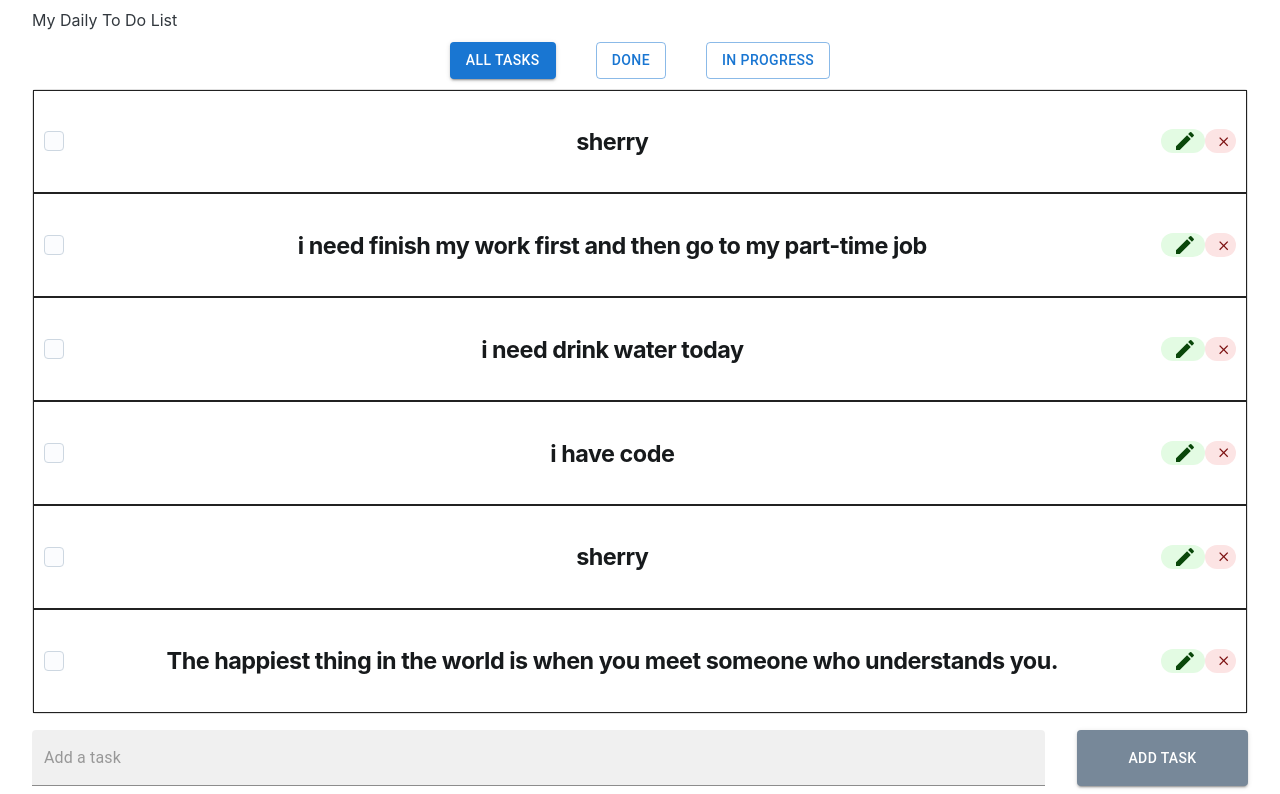
Repository: Tracy-maker/TodoList
Page: /
An editor plug-in stored every save of this project. The page is shown before and after a run of saves, followed by the edit.
The browser window is 1280 px wide. The pictures show the whole page.
The project was rebuilt for these pictures with package versions that can differ from the ones it lists, and the page was loaded fresh each time. Requests to the local data server were answered from the project's data file. Also part of the build but not shown: src/components/TaskEdit.js.

Above is the page before, as saved 2023-09-19 22:30:19.

After the next 2 saves:
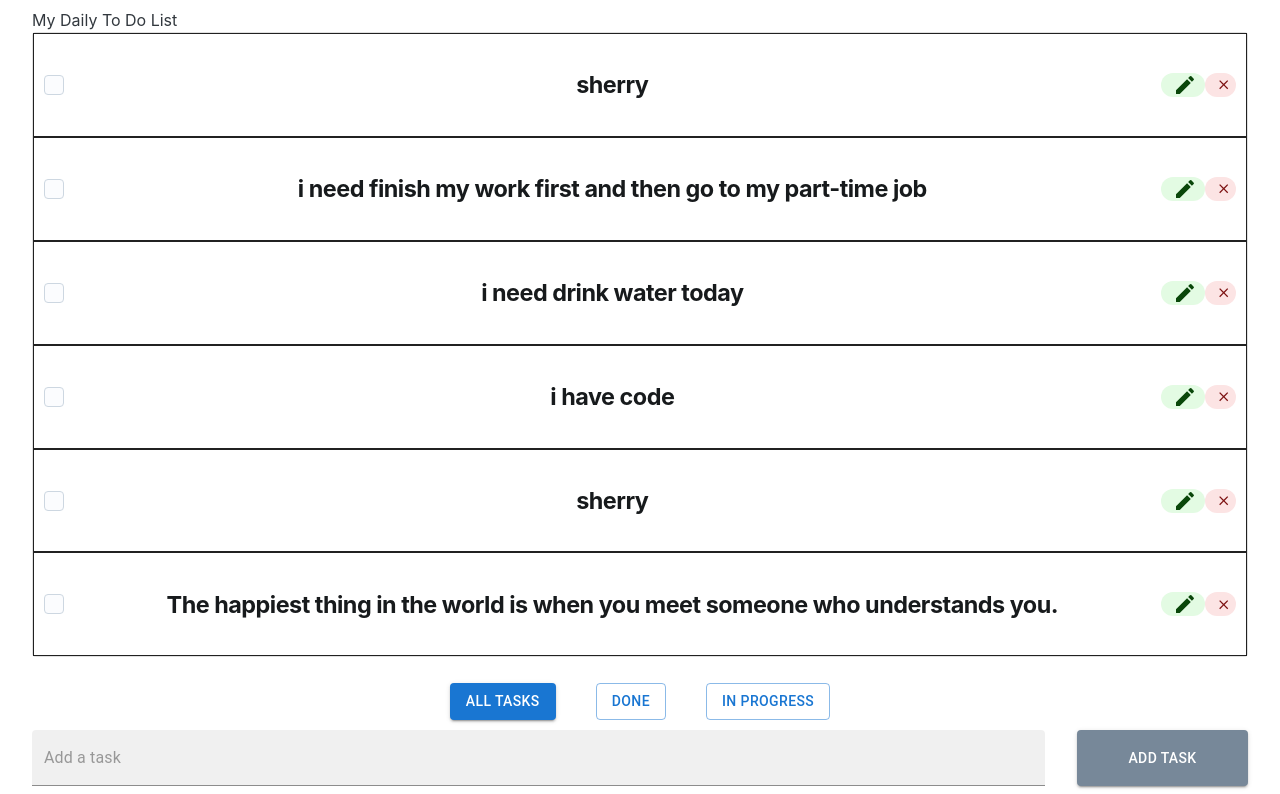
The 2 saves are shown as one change because they came seconds apart.
The last was saved 49 s later.
--- a/src/App.js
+++ b/src/App.js
@@ -90,15 +90,15 @@ function App() {
 
   return (
     <Container maxWidth="xl">
-      <Typography >My Daily To Do List</Typography>
+      <Typography>My Daily To Do List</Typography>
       <TaskForm>
-        <TaskButton defaultValue={filter} onFilterChange={handleFilterTasks} />
         <TaskList
           toggleCheckedBoxById={toggleCheckedBoxById}
           tasks={filteredTasks}
           onDelete={deleteTasksById}
           onEdit={editTaskById}
         />
+        <TaskButton defaultValue={filter} onFilterChange={handleFilterTasks} />
         <CreateTask onCreate={createTask} />
       </TaskForm>
     </Container>
